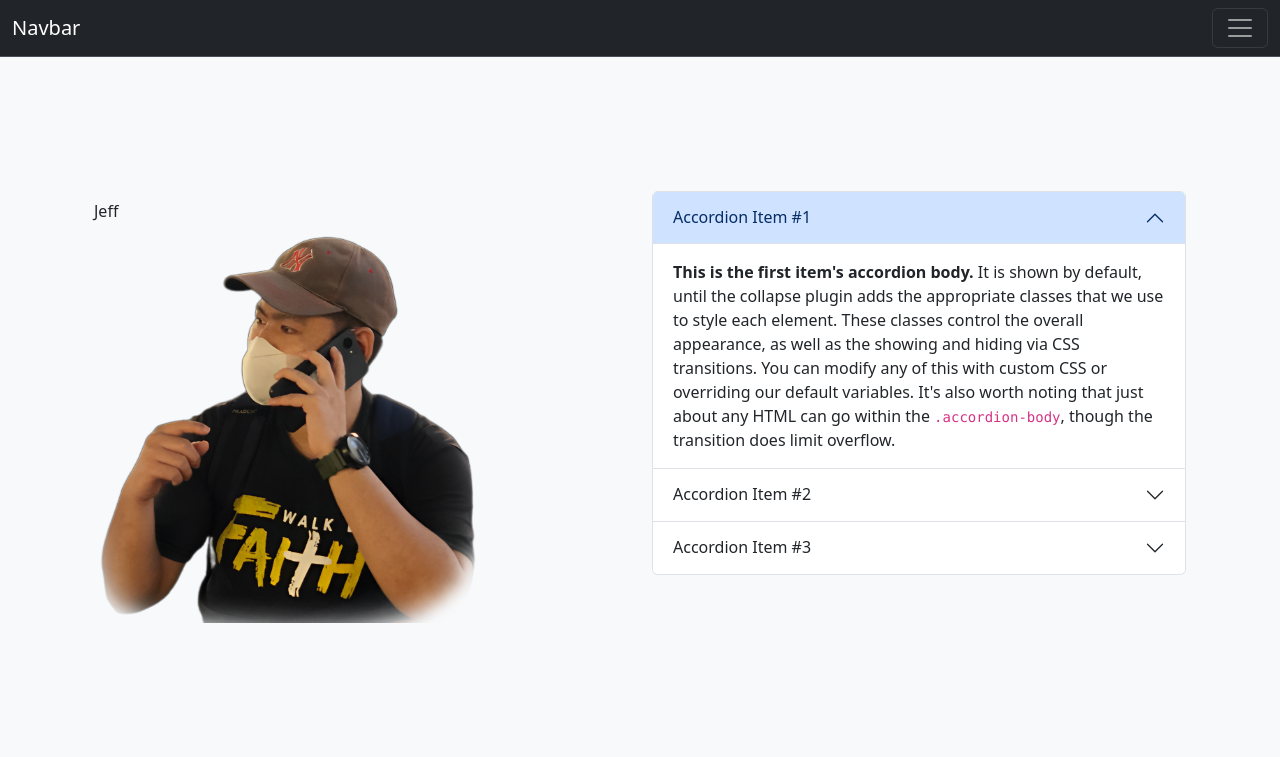
Repository: Shin-da/jeffmathew-portfolio
Page: index.html
An editor plug-in stored every save of this project. The page is shown before and after a run of saves, followed by the edit.
The browser window is 1280 px wide. The pictures show the whole page.

Above is the page before, as saved 2023-10-07 17:19:37.

After the next 2 saves:
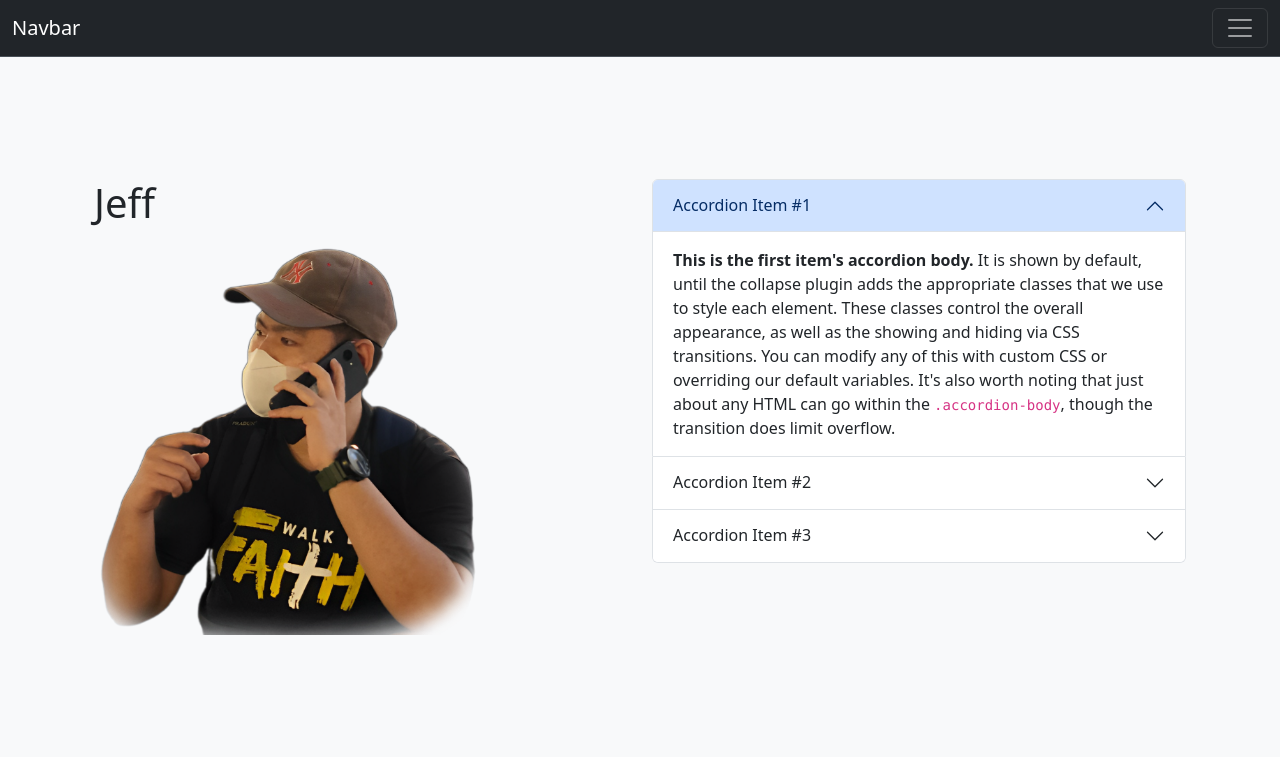
The 2 saves are shown as one change because they came seconds apart.
The last was saved 7 s later.
--- a/index.html
+++ b/index.html
@@ -39,7 +39,7 @@
     <div class="container-fluid d-flex justify-content-center align-items-center bg-light p-5" style="height: 700px;">
       <div class="container d-flex flex-row">
         <div class="container">
-          <div class="name"> <h1> </h1>Jeff </div>
+          <div class="name"> <h1>Jeff </h1> </div>
           <img src="jef.png" alt="user's picture" width="400px">
         </div>
         <div class="container">
